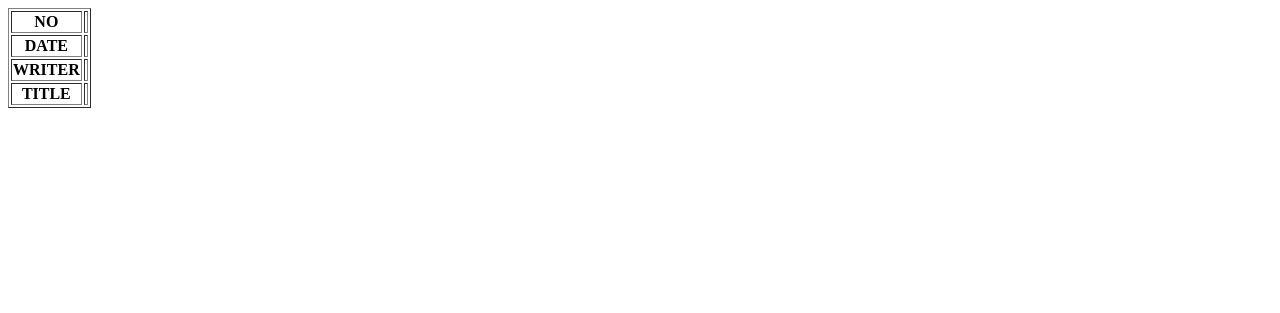
Repository: leedh909/Academy-web-
Page: http://localhost/Jsp08_MVC/boarddetail.jsp
The author's editor kept a copy of each file at every save. The page is drawn from the files as they stood at one save, then again after the next save.
The browser window is 1280 px wide. The pictures show the whole page.
The page is served by Tomcat 9. Other server files are loaded and not shown.

Above is the page before, as saved 2020-07-07 03:35:40.

### 실습자료/eclipse-servlet/Jsp08_MVC/WebContent/boarddetail.jsp
<%@ page language="java" contentType="text/html; charset=UTF-8"
    pageEncoding="UTF-8"%>
<% request.setCharacterEncoding("UTF-8"); %>
<% response.setContentType("text/html; charset=UTF-8"); %>


<!DOCTYPE html>
<html>
<head>
<meta charset="UTF-8">
<title>Insert title here</title>
</head>
<body>
	<table border="1">
		<tr>
			<th>NO</th>
			<td>
		</td>
		<tr>
			<th>DATE</th>
			<td>
		</td>
		<tr>
			<th>WRITER</th>
			<td>
		</td>
		<tr>
			<th>TITLE</th>
			<td>
		</td>

	</table>


</body>
</html>

After the next save:
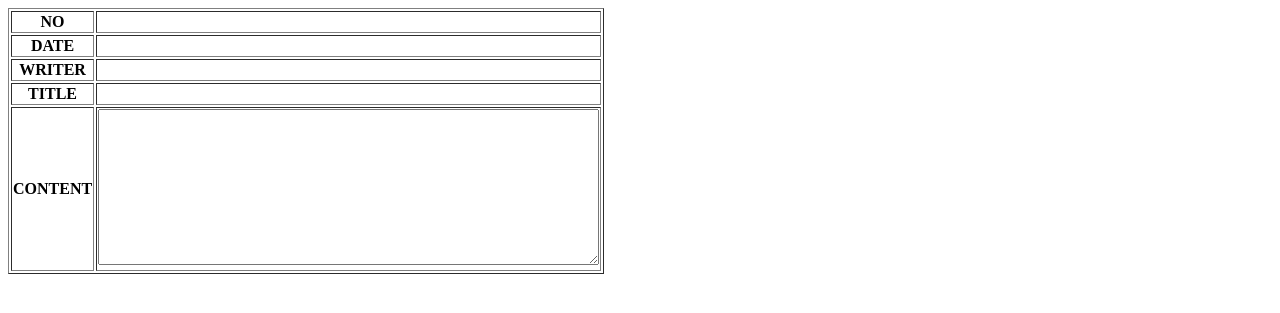
Saved 83 s later.
--- a/실습자료/eclipse-servlet/Jsp08_MVC/WebContent/boarddetail.jsp
+++ b/실습자료/eclipse-servlet/Jsp08_MVC/WebContent/boarddetail.jsp
@@ -14,20 +14,24 @@
 	<table border="1">
 		<tr>
 			<th>NO</th>
-			<td>
-		</td>
+			<td></td>
+		</tr>
 		<tr>
 			<th>DATE</th>
-			<td>
-		</td>
+			<td></td>
+		</tr>
 		<tr>
 			<th>WRITER</th>
-			<td>
-		</td>
+			<td></td>
+		</tr>
 		<tr>
 			<th>TITLE</th>
-			<td>
-		</td>
+			<td></td>
+		</tr>
+		<tr>
+			<th>CONTENT</th>
+			<td> <textarea rows="10" cols="60"></textarea> </td>
+		</tr>
 
 	</table>
 
